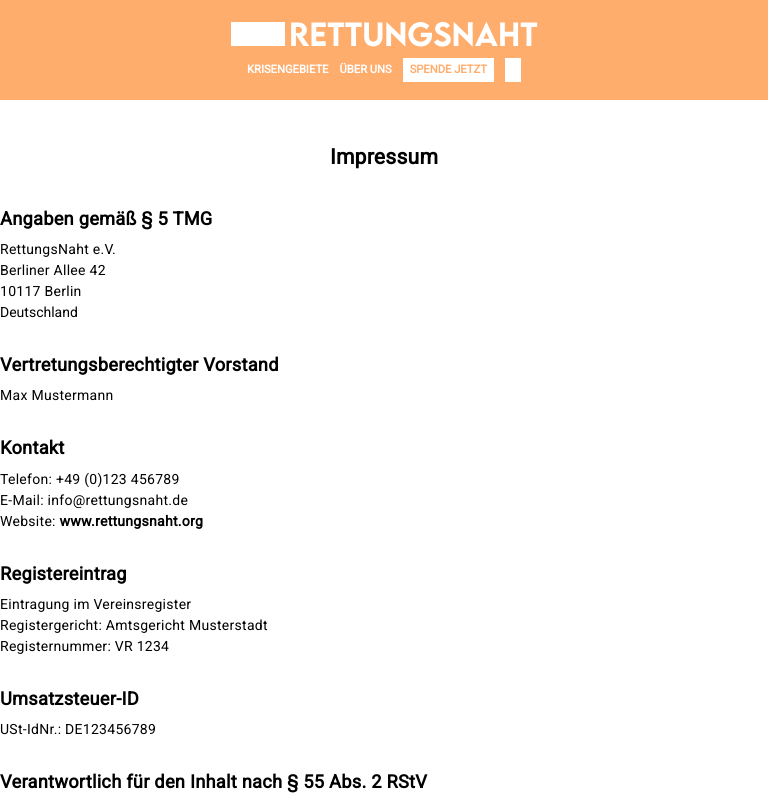
Repository: chriZVee/rettungsnaht
Page: /imprint
The author's editor kept a copy of each file at every save. The page is drawn from the files as they stood at one save, then again after the next save.
The browser window is 768 px wide. The pictures show the whole page.
An inner scrolling area shows only its first screen. The project was rebuilt for these pictures with package versions that can differ from the ones it lists, and the page was loaded fresh each time. Also part of the build but not shown: vite.config.js, src/index.css, src/styles/hero.css, src/components/Hero.jsx, src/styles/form.css, src/components/form/AreaSelection.jsx, src/components/form/ContactData.jsx, src/components/form/DonationMethod.jsx and 17 more.

Above is the page before, as saved 2025-04-17 13:38:09.

### index.html
<!doctype html>
<html lang="en">

<head>
  <meta charset="UTF-8" />
  <link rel="icon" type="image/svg+xml" href="/vite.svg" />
  <meta name="viewport" content="width=device-width, initial-scale=1.0" />
  <link href="https://fonts.googleapis.com/css2?family=Roboto&display=swap" rel="stylesheet">
  <title>RETTUNGSNAHT e.V.</title>
</head>

<body>
  <div id="root"></div>
  <script type="module" src="/src/main.jsx"></script>
</body>

</html>

### src/App.jsx
import { BrowserRouter as Router, Routes, Route } from "react-router-dom";
import "./App.css";
import "./styles/global.css";
import Home from "./pages/Home";
import Confirmation from "./pages/Confirmation";
import Imprint from "./pages/Imprint";
import PrivacyPolicy from "./pages/PrivacyPolicy";

export default function App() {
  return (
    <Router>
      <Routes>
        <Route path="/" element={<Home />} />
        <Route path="/confirmation" element={<Confirmation />} />
        <Route path="/imprint" element={<Imprint />} />
        <Route path="/privacy-policy" element={<PrivacyPolicy />} />
      </Routes>
    </Router>
  );
}

### src/App.css
/* APP */
#root {
  margin: 0 auto;
}

img.seam-form {
  position: absolute;
  bottom: -4em;
  left: 0em;
  width: 120%;
  z-index: 2;
}

### src/styles/global.css
/* GLOBAL */

:root {
  /* Colors */
  --highlight: #ffad6d;
  --link-hover: #ffad6d;
  --text: #000;
  --button-unchecked: #f2f2f2;
  --button-checked: #ffad6d;
  --button-text: #fff;
  --h2: #000;
  --lightGrey: #f2f2f2;
  --warning: #ff4000;

  /* Font - not in use yet */
  --font-small: 0.8rem;
  --font-base: 1rem;
  --font-medium: 1.3rem;
  --font-ml: 1.5rem;
  --font-large: 1.8rem;
  --font-xl: 2.4rem;
  --font-xxl: 4.8rem;
  --font-h2: 2.1rem;
  --font-h1: 2.6rem;
  --font-button: 1rem;

  line-height: 1.5;
  width: auto;
}

* {
  box-sizing: border-box;
}

body,
html {
  font-size: 14px;
  font-family: "Roboto", "Segoe UI", "Helvetica Neue", sans-serif;
  background-color: white;
  /* margin reset */
  margin: 0;
  max-width: 100%;
  width: 100%;
  overflow-x: hidden;
  height: 100%;
}

@media (max-width: 480px) {
  html {
    width: fit-content;
  }
}

.header,
.footer,
.content {
  width: 100%;
}

h1,
.page-title {
  font-size: var(--font-h1);
  text-align: center;
  padding: 1.5em 0;
  font-weight: bold;
}

@media (max-width: 1440px) {
  h1,
  .page-title {
    padding: 2em 0.5em;
    font-size: var(--font-large);
  }
}

@media (max-width: 768px) {
  h1,
  .page-title {
    padding-bottom: 1.5em;
    font-size: var(--font-ml);
  }
}

h2 {
  font-size: var(--font-h2);
  font-weight: bold;
}

@media (max-width: 480px) {
  h2 {
    font-size: var(--font-ml);
  }
}

/* Margin Reset */
p,
h1,
h2 {
  margin: 0;
  letter-spacing: 0.02rem;
}
ul {
  padding: 0px;
}

img {
  max-width: 100%;
  height: auto;
  display: block;
}

a {
  color: white;
  text-decoration: none;
  font-weight: bold;
}

/* Centered Containers */
.container {
  max-width: 1440px;
  display: flex;
  flex-direction: column;
  margin: 0 auto;
}

/* Fieldset reset */
fieldset {
  border: none;
  padding: 0;
  margin: 0;
  min-inline-size: unset;
}

/* Hide elements */
.hidden {
  display: none !important;
}

@media (max-width: 768px) {
  .hide-on-mobile {
    display: none;
  }
}

.button {
  display: flex;
  padding: 0.5em 0.8em;
  background-color: var(--button-checked);
  cursor: pointer;
  font-weight: normal;
  transition: all 0.2s ease;
  font-size: var(--font-button);
  text-align: center;
  border: none;
  color: white;
}

.buttonized .deco {
  cursor: default;
}

.capitalize {
  text-transform: capitalize;
}

### src/pages/Imprint.jsx
import Page from "../components/Page";
import org from "../data/org";
import "../styles/imprint.css";

export default function Imprint() {
  return (
    <>
      <Page>
        <section className="imprint container">
          <h1>Impressum</h1>
          <div className="imprint-block">
            <h2>Angaben gemäß § 5 TMG</h2>
            <p>{org.officialName}</p> <p>{org.address}</p>
            <p>
              {org.zip} {org.city}
            </p>
            Deutschland
          </div>

          <div className="imprint-block">
            <h2>Vertretungsberechtigter Vorstand</h2>
            <p>{org.chairman}</p>
          </div>

          <div className="imprint-block">
            <h2>Kontakt</h2>
            <p>Telefon: {org.tel}</p>
            <p>
              E-Mail: {org.email}
              <a href={`mailto: ${org.email}`}></a>
            </p>
            <p>
              <span>Website: </span>
              <a href={org.url} target="_blank" rel="noopener noreferrer">
                {org.url}
              </a>
            </p>
          </div>

          <div className="imprint-block">
            <h2>Registereintrag</h2>
            <p>Eintragung im Vereinsregister</p>
            <p>Registergericht: Amtsgericht Musterstadt</p>
            <p>Registernummer: VR 1234</p>
          </div>

          <div className="imprint-block">
            <h2>Umsatzsteuer-ID</h2>
            <p>USt-IdNr.: {org.ustId}</p>
          </div>

          <div className="imprint-block">
            <h2>Verantwortlich für den Inhalt nach § 55 Abs. 2 RStV</h2>
            <p>
              Max Mustermann
              <br />
              Musterstraße 12
              <br />
              12345 Musterstadt
            </p>
          </div>

          <div className="imprint-block">
            <h2>Haftung für Inhalte und Links</h2>
            <p>
              Trotz sorgfältiger inhaltlicher Kontrolle übernehmen wir keine
              Haftung für die Inhalte externer Links. Für den Inhalt der
              verlinkten Seiten sind ausschließlich deren Betreiber
              verantwortlich.
            </p>
          </div>

          <div className="imprint-block">
            <h2>Online-Streitbeilegung</h2>
            <p>
              Die Europäische Kommission stellt eine Plattform zur
              Online-Streitbeilegung (OS) bereit:{" "}
              <a
                href="https://ec.europa.eu/consumers/odr"
                target="_blank"
                rel="noopener noreferrer"
              >
                https://ec.europa.eu/consumers/odr
              </a>
            </p>
          </div>
        </section>
      </Page>
    </>
  );
}

### src/components/Page.jsx
import Header from "./Header";
import Footer from "./Footer";
import "../styles/page.css";

export default function Page({ children }) {
  return (
    <div className="page">
      <Header />
      <div className="content wrapper">
        <div className="page-content">{children}</div>
      </div>
      <Footer />
    </div>
  );
}

### src/data/org.js
/* Company Information */
const org = {
  officialName: "RettungsNaht e.V.",
  name: "RettungsNaht",
  address: "Berliner Allee 42",
  zip: "10117",
  city: "Berlin",
  email: "info@rettungsnaht.de",
  url: "www.rettungsnaht.org",
  tel: "+49 (0)123 456789",
  ustId: "DE123456789",
  chairman: "Max Mustermann",
};

export default org;

### src/styles/imprint.css
/* Imprint */

section.imprint {
  padding: 0 0 4.5em 0;
}

.imprint-block h2 {
  font-size: var(--font-medium);
  padding: 2rem 0 0.5rem 0;
}

.imprint-block:first-of-type h2 {
  padding-top: 0rem;
}

.imprint-block a {
  color: black;
}

### src/components/Header.jsx
import { Link } from "react-router-dom";
import "../styles/header.css";
import rnLogo from "../assets/rn-logo-white.svg";

function Header() {
  return (
    <header className="header container">
      <Link to="/">
        <img
          src={rnLogo}
          className="header-image"
          alt="RettungsNaht Logo"
        ></img>
      </Link>
      <nav className="nav">
        <ul className="nav-bar">
          <li>
            <Link to="/#crisis-area-section">Krisengebiete</Link>
          </li>
          <li>
            <Link to="/#about-section">Über uns</Link>
          </li>
          <li className="buttonized">
            <Link to="/#donation-form">Spende jetzt</Link>
          </li>
          <li className="buttonized deco">&nbsp;</li>
        </ul>
      </nav>
    </header>
  );
}

export default Header;

### src/components/Footer.jsx
import org from "../data/org";
import "../styles/footer.css";
import { Link } from "react-router-dom";

export default function Footer() {
  return (
    <section className="footer container">
      <div className="footer-link-container">
        <ul className="small-gap">
          <li className="buttonized deco">&nbsp;</li>
          <li className="buttonized">
            <Link to="/#donation-form">Spende jetzt</Link>
          </li>
        </ul>
      </div>
      <div className="footer-link-container lh-small">
        <ul>
          <li>
            <Link to="/imprint">Impressum</Link>
          </li>
          <li>
            <Link to="/privacy-policy">Datenschuterklärung</Link>
          </li>
        </ul>
      </div>
      <div className="copyright-container">
        <p className="copyright-note">© 2025 {org.officialName}</p>
      </div>
    </section>
  );
}

### src/styles/page.css
/* Page */

.page .page-content {
  display: flex;
  flex-direction: column;
  min-height: 100vh;
}

.page .content {
  flex: 1;
}

### src/styles/header.css
/* Header */

.header {
  background-color: var(--highlight);
  display: flex;
  flex-direction: row;
  align-items: center;
  justify-content: space-between;
  padding: 1em 0 1em 25px;
  max-width: none;
  max-height: 84px;
}

@media (max-width: 1024px) {
  .header {
    flex-direction: column;
    max-height: none;
    padding: 1.5em 1em 0.5em 1em;
  }
}

.nav-bar {
  display: flex;
  justify-content: space-between;
  align-items: center;
  gap: 1em;
  list-style: none;
  text-transform: uppercase;
  font-size: var(--font-medium);
  text-align: center;
}
@media (max-width: 1024px) {
  .nav-bar {
    font-size: var(--font-small);
  }
}
@media (max-width: 768px) {
  .nav-bar {
    font-size: var(--font-small);
  }
}
@media (max-width: 480px) {
  .nav-bar {
    justify-content: space-evenly;
    gap: 1em;
    font-size: var(--font-small);
    flex-wrap: wrap;
  }
}

.nav-bar li.buttonized {
  background-color: white;
  color: var(--highlight);
  padding: 0.3em 0.6em;
}

.nav-bar li.buttonized a {
  color: var(--highlight);
}

@media (max-width: 480px) {
  .header li.deco {
    display: none;
  }
}

### src/styles/footer.css
/* FOOTER */

section.footer {
  display: flex;
  flex-direction: row;
  align-content: center;
  justify-content: center;
  padding: 2em 0 2.5em 0;
  max-width: none;
  max-height: 136px;
  background-color: var(--highlight);
  column-gap: 4.5em;
  row-gap: 1em;
  flex-wrap: wrap;
  font-size: var(--font-base);
}

section.footer .copyright-container {
  flex-basis: 100%;
  display: flex;
  align-content: center;
  justify-content: center;
}

.footer .copyright-note {
  color: white;
  font-size: var(--font-base);
}

.footer-link-container {
  display: flex;
  align-content: center;
  justify-content: center;
  flex-wrap: wrap;
}

.footer-link-container ul {
  display: flex;
  flex-direction: row;
  align-content: center;
  justify-content: center;
  gap: 4em;
  flex-wrap: wrap;
}

.footer li {
  display: inline-block;
}

.footer-link-container li.buttonized {
  background-color: white;
  padding: 0.3em 0.6em;
}

.footer-link-container li.buttonized a {
  color: var(--highlight);
}

.footer .small-gap {
  display: flex;
  gap: 1em;
}

@media (max-width: 768px) {
  .footer-link-container ul {
    gap: 1em;
  }
  section.footer {
    justify-content: center;
    max-height: none;
    gap: 1em 1.5em;
  }
}

@media (max-width: 480px) {
  section.footer {
    justify-content: center;
    max-height: none;
    column-gap: 1em;
    row-gap: 0;
  }
}

Loaded but not shown: src/main.jsx (common file)

After the next save:
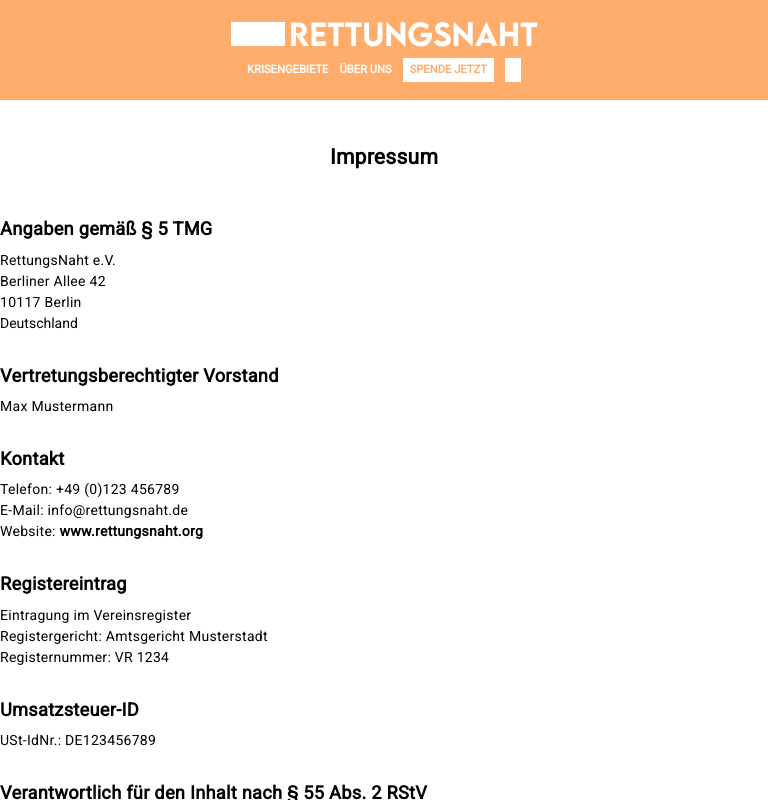
Saved 5 s later.
--- a/src/styles/global.css
+++ b/src/styles/global.css
@@ -76,7 +76,6 @@
 @media (max-width: 768px) {
   h1,
   .page-title {
-    padding-bottom: 1.5em;
     font-size: var(--font-ml);
   }
 }

After the save that followed:
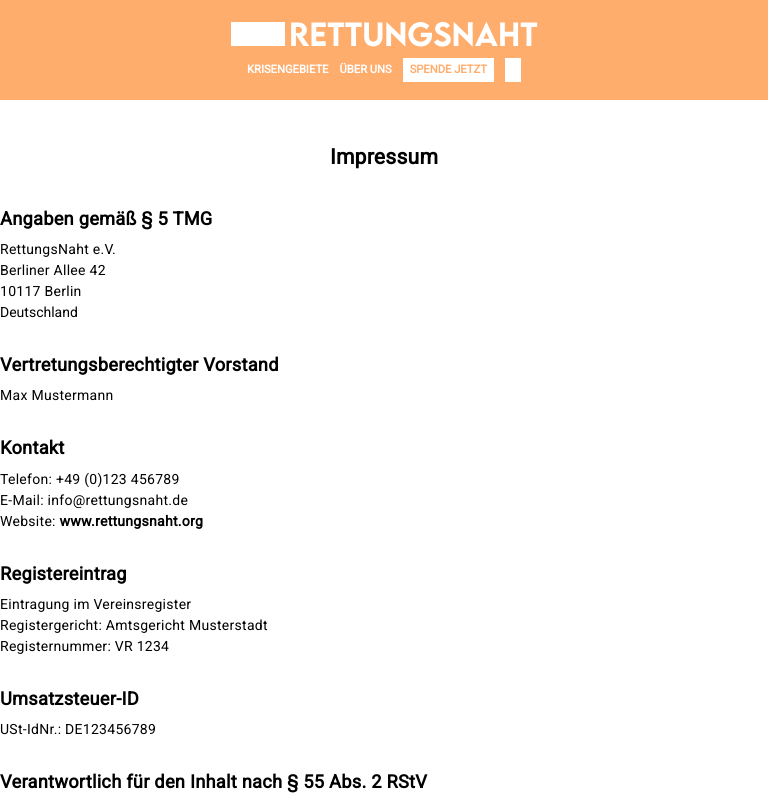
Saved 9 s later.
--- a/src/styles/global.css
+++ b/src/styles/global.css
@@ -76,6 +76,7 @@
 @media (max-width: 768px) {
   h1,
   .page-title {
+    padding-bottom: 1.5em;
     font-size: var(--font-ml);
   }
 }
